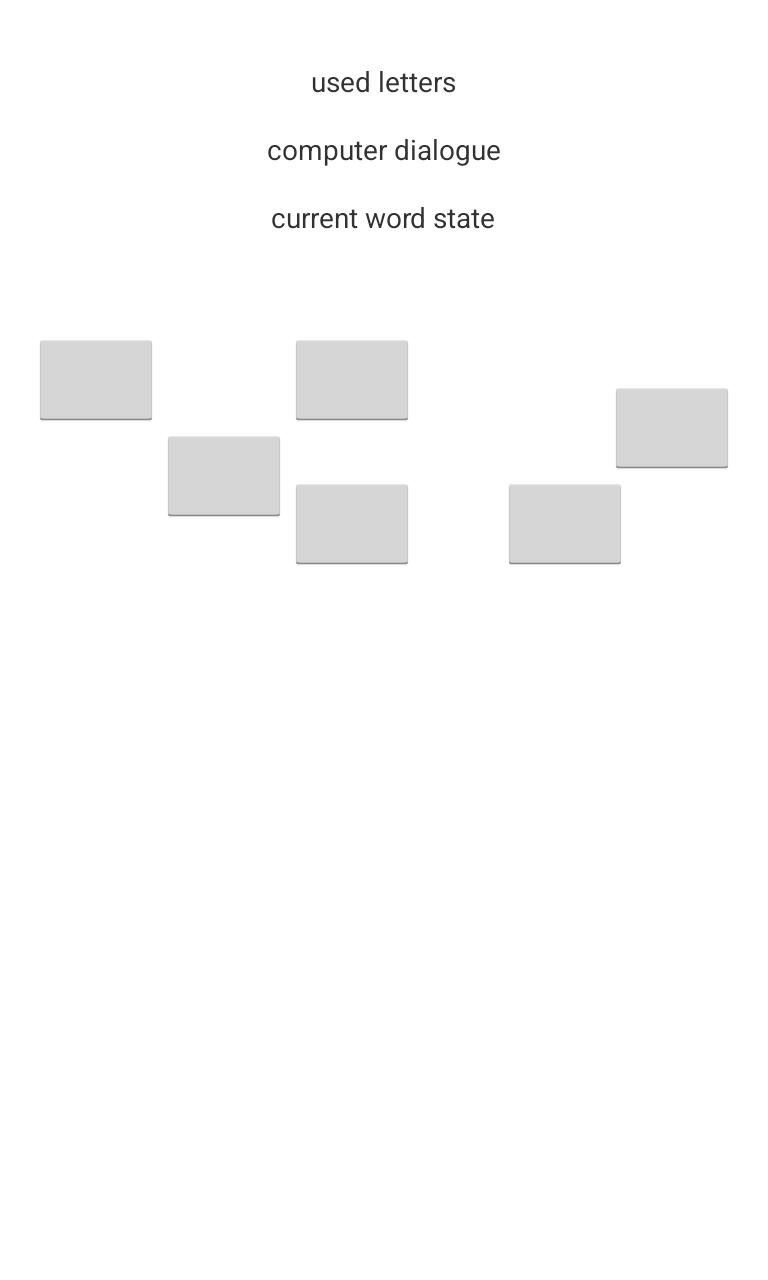
Repository: svandenhout/EvilSpaceMonsterHangman
Layout: evilSpaceMonsterHangman/res/layout/activity_main.xml
These files come from the project's save history. The layout is drawn as it stood at one moment and after the next save; the edit follows.
It is drawn on a 768 x 1280 px phone screen (xhdpi) without system bars, with theme AppTheme; the app's code is not run.

Above is the layout before, as saved 2013-12-16 12:48:52.

### evilSpaceMonsterHangman/res/layout/activity_main.xml
<RelativeLayout xmlns:android="http://schemas.android.com/apk/res/android"
              xmlns:tools="http://schemas.android.com/tools"
              android:layout_width="match_parent"
              android:layout_height="match_parent"
              android:paddingLeft="@dimen/activity_horizontal_margin"
              android:paddingRight="@dimen/activity_horizontal_margin"
              android:paddingTop="@dimen/activity_vertical_margin"
              android:paddingBottom="@dimen/activity_vertical_margin"
              tools:context=".MainActivity"
              android:orientation="vertical">

    <TextView
            android:id="@+id/usedLetters"
            android:layout_width="wrap_content"
            android:layout_height="wrap_content"
            android:text="@string/used_letters"
            android:layout_centerHorizontal="true"
            android:layout_marginTop="15dp"/>

    <TextView
            android:id="@+id/computerDialogue"
            android:layout_width="wrap_content"
            android:layout_height="wrap_content"
            android:layout_centerHorizontal="true"
            android:text="@string/computer_dialogue"
            android:layout_below="@+id/usedLetters"
            android:layout_marginTop="15dp"/>

    <TextView
            android:id="@+id/currentWordState"
            android:layout_width="wrap_content"
            android:layout_height="wrap_content"
            android:layout_below="@id/computerDialogue"
            android:text="@string/current_word_state"
            android:layout_centerHorizontal="true"
            android:layout_marginTop="15dp"/>

    <Button
        android:id="@+id/eye_6"
        android:layout_width="wrap_content"
        android:layout_height="wrap_content"
        android:layout_alignParentLeft="false"
        android:layout_marginTop="150dp"
        android:onClick="eyePress" />

    <Button
        android:id="@+id/eye_5"
        android:layout_width="wrap_content"
        android:layout_height="wrap_content"
        android:layout_below="@+id/eye_6"
        android:layout_toRightOf="@+id/eye_6"
        android:onClick="eyePress" />

    <Button
        android:id="@+id/eye_3"
        android:layout_width="wrap_content"
        android:layout_height="wrap_content"
        android:layout_above="@+id/eye_5"
        android:layout_toRightOf="@+id/eye_5"
        android:onClick="eyePress" />

    <Button
        android:id="@+id/eye_4"
        android:layout_width="wrap_content"
        android:layout_height="wrap_content"
        android:layout_alignLeft="@+id/eye_3"
        android:layout_alignTop="@+id/eye_5"
        android:layout_marginTop="24dp"
        android:onClick="eyePress" />

    <Button
        android:id="@+id/eye_2"
        android:layout_width="wrap_content"
        android:layout_height="wrap_content"
        android:layout_above="@+id/eye_1"
        android:layout_alignParentRight="true"
        android:onClick="eyePress" />

    <Button
        android:id="@+id/eye_1"
        android:layout_width="wrap_content"
        android:layout_height="wrap_content"
        android:layout_alignBaseline="@+id/eye_4"
        android:layout_alignBottom="@+id/eye_4"
        android:layout_toRightOf="@+id/computerDialogue"
        android:onClick="eyePress" />

</RelativeLayout>

### evilSpaceMonsterHangman/res/values/strings.xml
<?xml version="1.0" encoding="utf-8"?>
<resources>

    <string name="app_name" >Hangman
    </string>

    <!-- settings & preferences -->
    <string name="hi_scores" >hi-scores
    </string>
    <string name="settings" >settings
    </string>
    <string name="reset" >reset game
    </string>

    <string name="title_user_name" >user name
    </string>
    <string name="title_word_length">word length
    </string>
    <string name="title_amount_of_turns">amount of turns
    </string>
    <string name="title_evil_mode">Evil Mode
    </string>

    <string name="summary_user_name">set your user name here
    </string>
    <string name="summary_word_length">set the length of the words that you want to use
    </string>
    <string name="summary_amount_of_turns">set the amount of turns until you lose
    </string>
    <string name="summary_evil_mode">Start playing Evil Mode, You will not win
    </string>

    <string name="dialog_user_name" >user name:
    </string>
    <string name="dialog_word_length">word length:
    </string>
    <string name="dialog_amount_of_turns">amount of turns:
    </string>
    <string name="dialog_evil_mode">Evil Mode?
    </string>


    <!-- game ui -->
    <string name="current_word" >current word
    </string>
    <string name="current_word_state" >current word state
    </string>
    <string name="used_letters" >used letters
    </string>
    <string name="computer_dialogue">computer dialogue</string>
    <string name="button_text">a</string>

    <!-- game states -->
    <string name="game_won">game won
    </string>
    <string name="game_lost">game lost
    </string>

    <!-- computer monologue -->
    <string name="cmonologue_start">Pick a letter to start playing</string>
    <string name="cmonologue_used">This letter has already been used, try again</string>
    <string name="cmonologue_invalid">WHAT THE HELL IS THAT!?, try another one</string>
    <string name="cmonologue_wrong">Wrong guess, pick again</string>
    <string name="cmonologue_correct">Lucky, why don\'t you try again?</string>
    <string name="cmonologue_won">:((</string>
    <string name="cmonologue_lost">:-)</string>
</resources>

Loaded but not shown: evilSpaceMonsterHangman/res/values/styles.xml (common file); evilSpaceMonsterHangman/res/values-v11/styles.xml (common file); evilSpaceMonsterHangman/res/values-v14/styles.xml (common file); evilSpaceMonsterHangman/res/values/dimens.xml (common file)

After the next save:
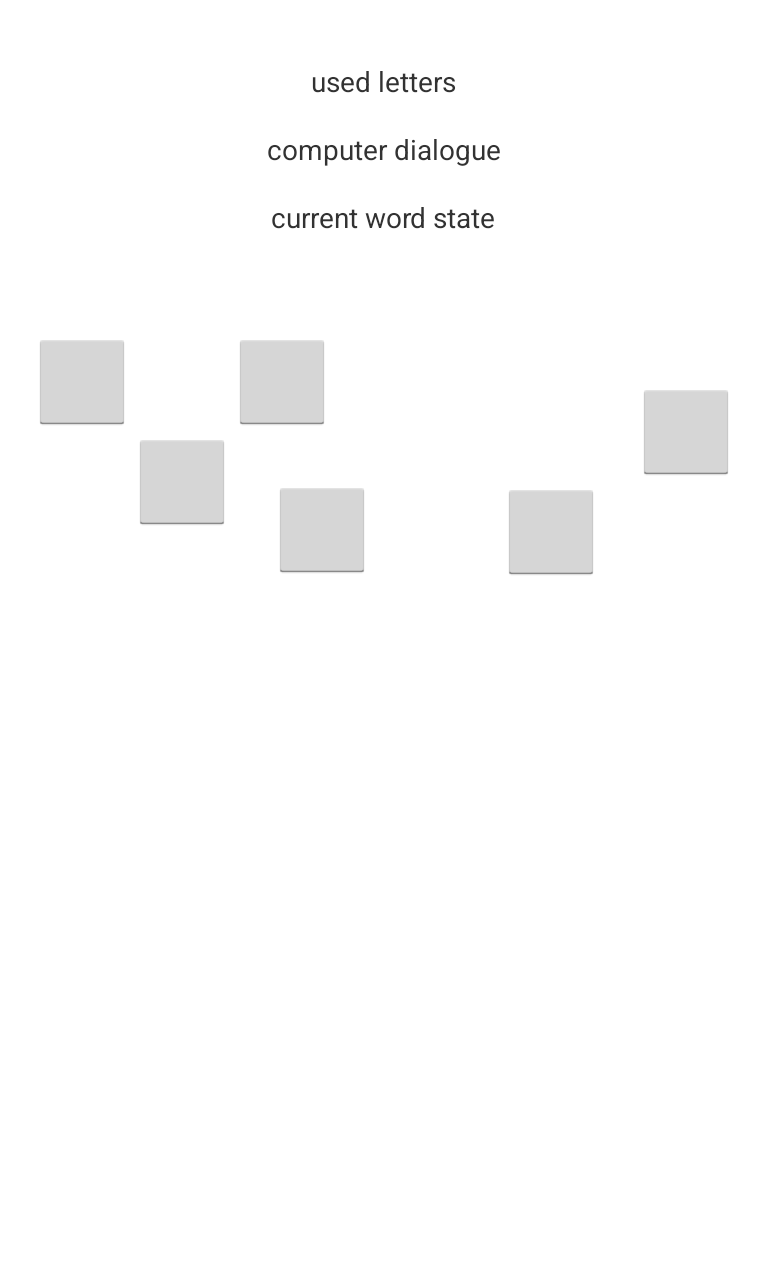
Saved 26 min 52 s later.
--- a/evilSpaceMonsterHangman/res/layout/activity_main.xml
+++ b/evilSpaceMonsterHangman/res/layout/activity_main.xml
@@ -37,49 +37,50 @@
 
     <Button
         android:id="@+id/eye_6"
-        android:layout_width="wrap_content"
-        android:layout_height="wrap_content"
+        android:layout_width="50dp"
+        android:layout_height="50dp"
         android:layout_alignParentLeft="false"
         android:layout_marginTop="150dp"
         android:onClick="eyePress" />
 
     <Button
         android:id="@+id/eye_5"
-        android:layout_width="wrap_content"
-        android:layout_height="wrap_content"
+        android:layout_width="50dp"
+        android:layout_height="50dp"
         android:layout_below="@+id/eye_6"
         android:layout_toRightOf="@+id/eye_6"
         android:onClick="eyePress" />
 
     <Button
         android:id="@+id/eye_3"
-        android:layout_width="wrap_content"
-        android:layout_height="wrap_content"
+        android:layout_width="50dp"
+        android:layout_height="50dp"
         android:layout_above="@+id/eye_5"
         android:layout_toRightOf="@+id/eye_5"
         android:onClick="eyePress" />
 
     <Button
         android:id="@+id/eye_4"
-        android:layout_width="wrap_content"
-        android:layout_height="wrap_content"
+        android:layout_width="50dp"
+        android:layout_height="50dp"
         android:layout_alignLeft="@+id/eye_3"
         android:layout_alignTop="@+id/eye_5"
         android:layout_marginTop="24dp"
+        android:layout_marginLeft="20dp"
         android:onClick="eyePress" />
 
     <Button
         android:id="@+id/eye_2"
-        android:layout_width="wrap_content"
-        android:layout_height="wrap_content"
+        android:layout_width="50dp"
+        android:layout_height="50dp"
         android:layout_above="@+id/eye_1"
         android:layout_alignParentRight="true"
         android:onClick="eyePress" />
 
     <Button
         android:id="@+id/eye_1"
-        android:layout_width="wrap_content"
-        android:layout_height="wrap_content"
+        android:layout_width="50dp"
+        android:layout_height="50dp"
         android:layout_alignBaseline="@+id/eye_4"
         android:layout_alignBottom="@+id/eye_4"
         android:layout_toRightOf="@+id/computerDialogue"
